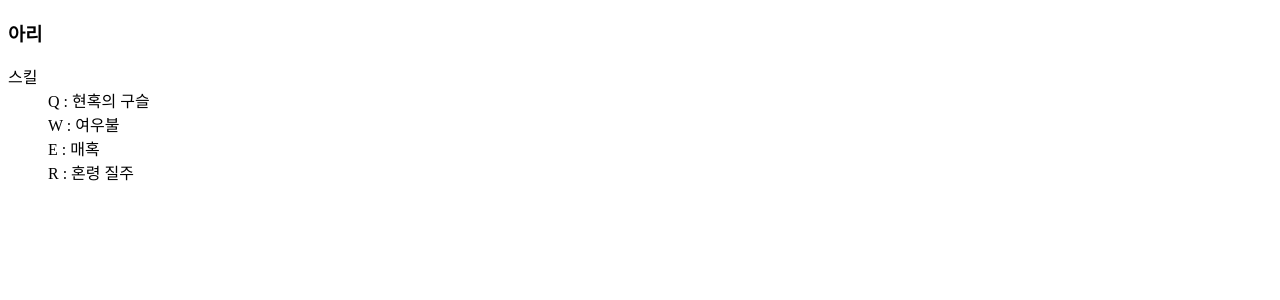
Repository: heeyeon0605/Web_study
Page: HTML_CSS_Javascript/workplace/day04/WebContent/WEB-INF/3_definition.html
An editor plug-in stored every save of this project. The page is shown before and after the next save, followed by the edit.
The browser window is 1280 px wide. The pictures show the whole page.

Above is the page before, as saved 2021-11-17 11:36:14.

### HTML_CSS_Javascript/workplace/day04/WebContent/WEB-INF/3_definition.html
<!DOCTYPE html>
<html>
<head>
<meta charset="UTF-8">
<title>3_definition</title>
</head>
<body>
	<h3>아리</h3>
		<dl>
			<dt>스킬</dt>
			<dd>Q : 현혹의 구슬</dd>
			<dd>W : 여우불</dd>
			<dd>E : 매혹</dd>
			<dd>R : 혼령 질주</dd>
		</dl>
</body>
</html>

After the next save:
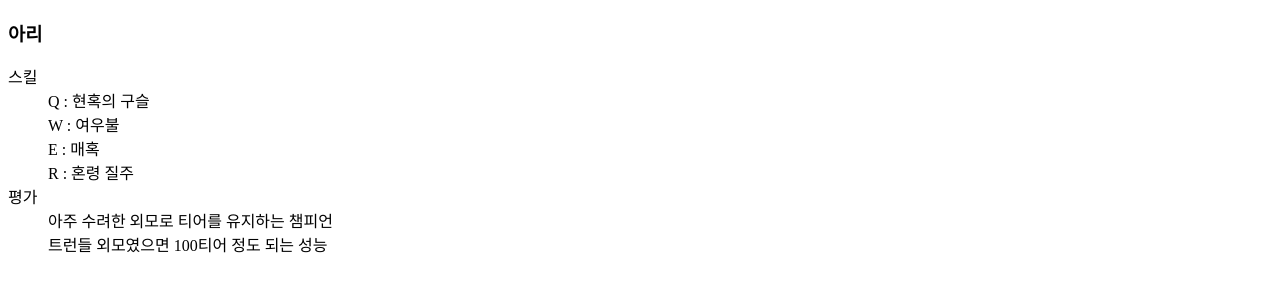
Saved 75 s later.
--- a/HTML_CSS_Javascript/workplace/day04/WebContent/WEB-INF/3_definition.html
+++ b/HTML_CSS_Javascript/workplace/day04/WebContent/WEB-INF/3_definition.html
@@ -12,6 +12,10 @@
 			<dd>W : 여우불</dd>
 			<dd>E : 매혹</dd>
 			<dd>R : 혼령 질주</dd>
+
+			<dt>평가</dt>
+			<dd>아주 수려한 외모로 티어를 유지하는 챔피언</dd>
+			<dd>트런들 외모였으면 100티어 정도 되는 성능</dd>
 		</dl>
 </body>
 </html>
